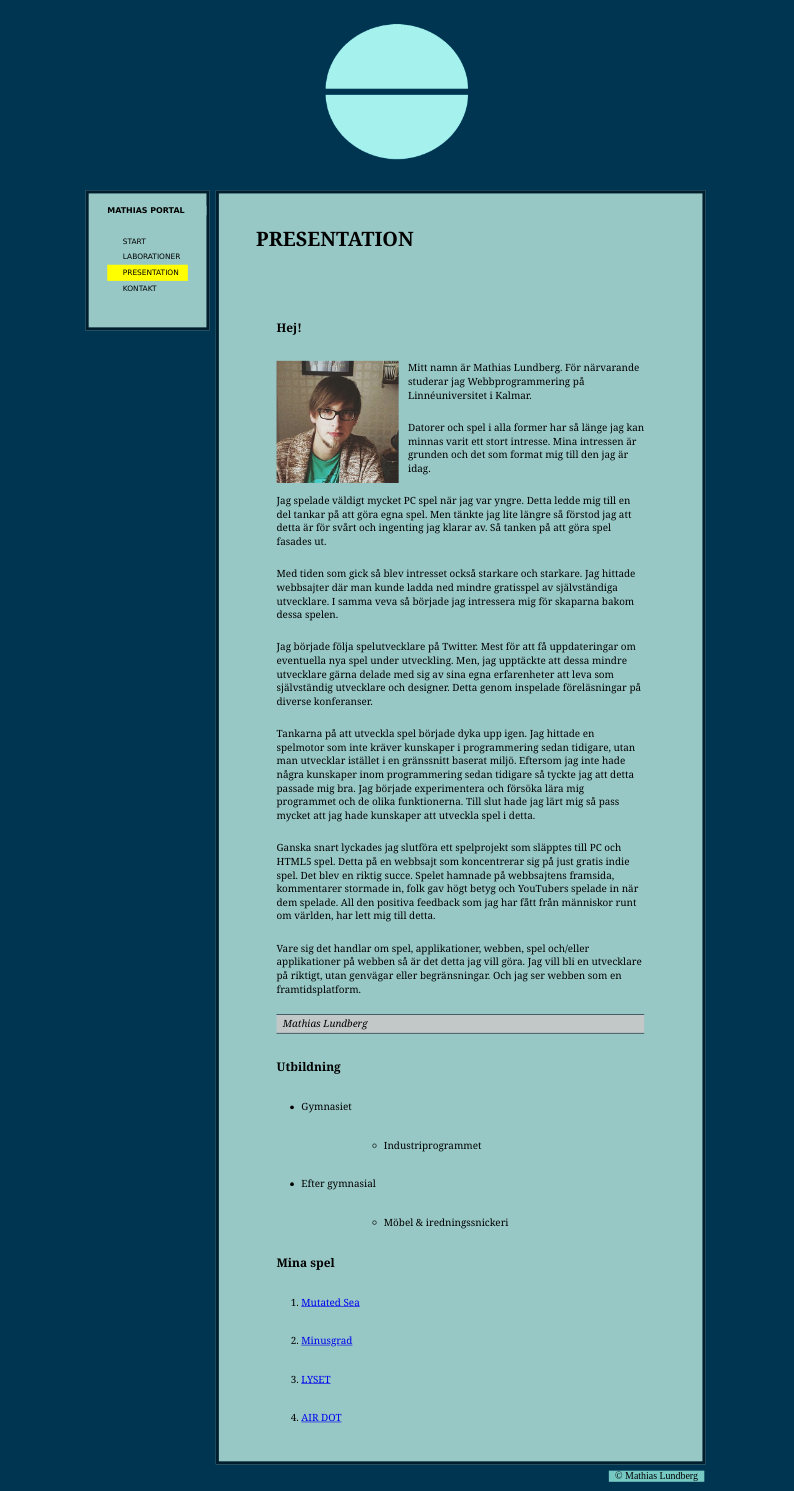
Repository: ml223nw/1ik415-laborationer
Page: pages/presentation.html
The author's editor kept a record of every edit. The page is drawn from the files as they stood at one moment, then again after the next edit.
The browser window is 1280 px wide. The pictures show the whole page, at 62% of full size.

Above is the page before.

After the next edit:
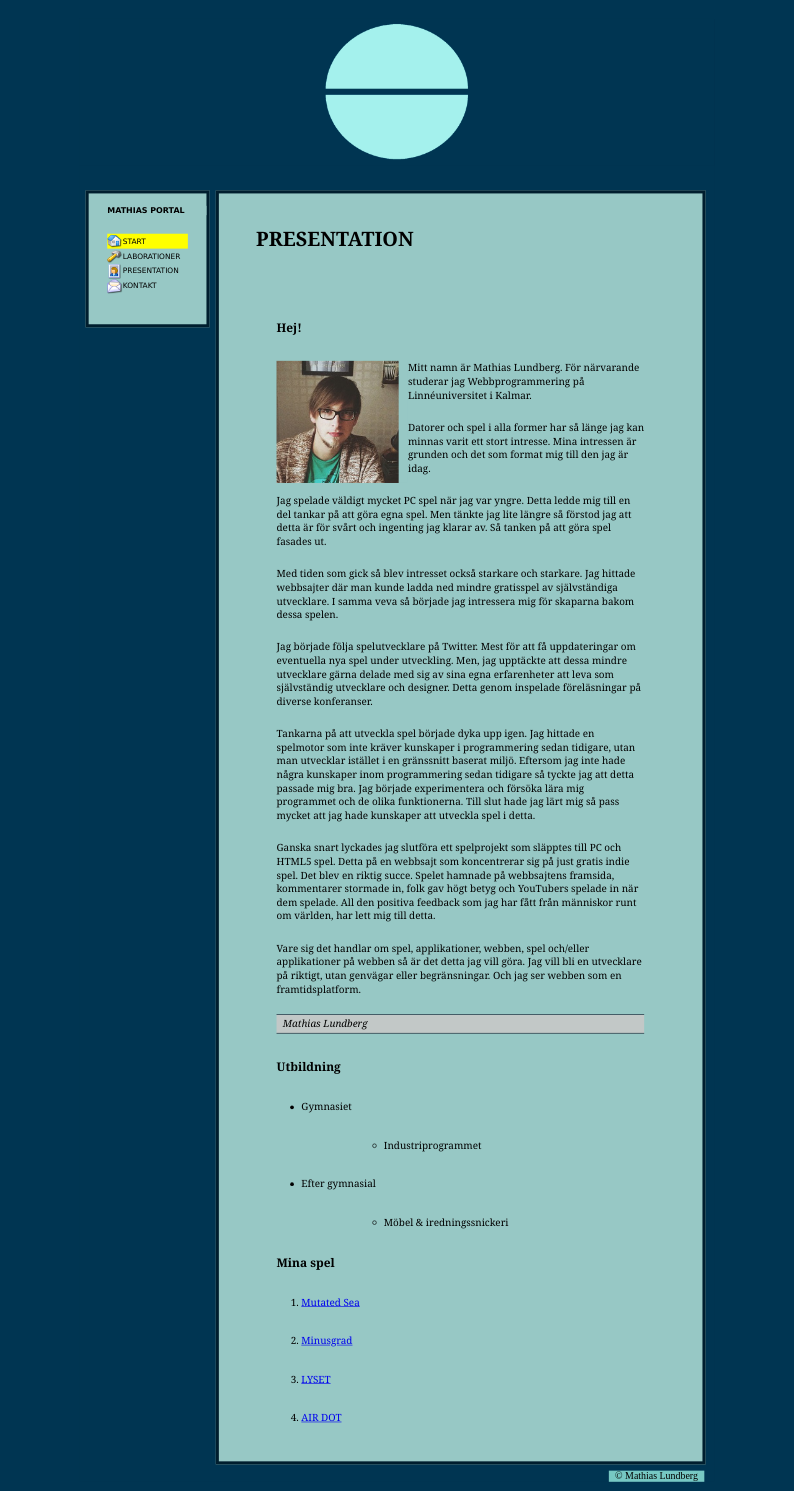
The edit:
--- a/pages/presentation.html
+++ b/pages/presentation.html
@@ -17,10 +17,10 @@
         <div id="mathiasportal" class="title">MATHIAS PORTAL</h1>
         </div>
                 <ul>
-                    <li><a href="../index.html">Start</a></li>
-                    <li><a href="laborationer.html">Laborationer</a></li>
-                    <li><a href="presentation.html" class="active">Presentation</a></li>
-                    <li><a href="kontakt.html">Kontakt</a></li>
+                    <li><a href="index.html" class="active" id="home">Start</a></li>
+                    <li><a href="laborationer.html" id="lab">Laborationer</a></li>
+                    <li><a href="presentation.html" id="pres">Presentation</a></li>
+                    <li><a href="pages/kontakt.html" id="kontakt">Kontakt</a></li>
                 </ul>
         </div>
         <div id='content'>
